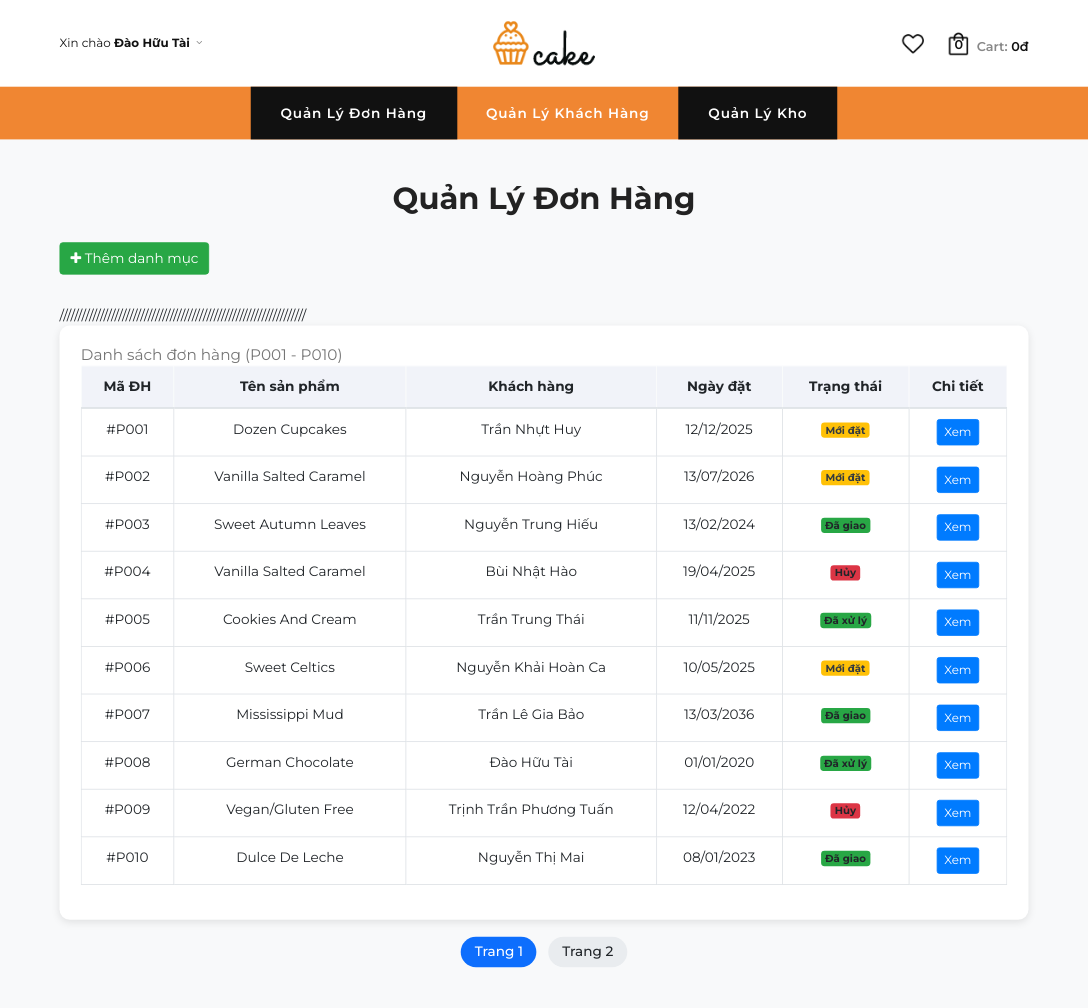
Repository: nhanto2n-byte/Nhom10ChieuThu3
Page: ProjectWeb/cake-main/admin_product.html
These files come from the project's save history. The page is drawn as it stood at one moment and after the next save; the edit follows.
The browser window is 1280 px wide. The pictures show the whole page, at 85% of full size.

Above is the page before, as saved 2025-10-28 14:11:56.

After the next save:
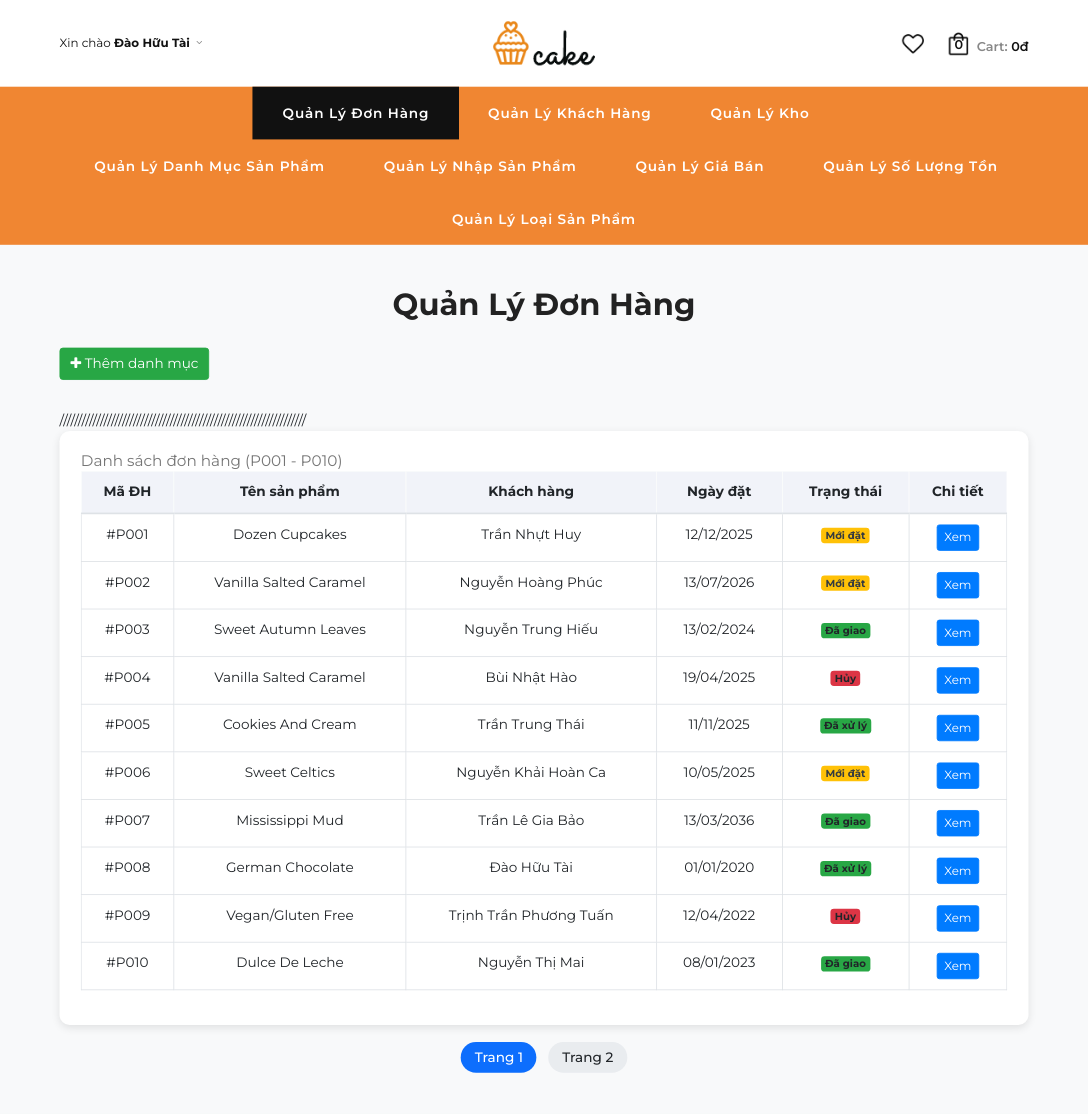
Saved 64 s later.
--- a/ProjectWeb/cake-main/admin_product.html
+++ b/ProjectWeb/cake-main/admin_product.html
@@ -235,7 +235,7 @@
                         <ul>
                            <li class="active"><a href="#">Quản Lý Đơn Hàng</a></li>
                             <li><a href="./admin_member.html">Quản Lý Khách Hàng</a></li>
-                            <li class="active"><a href="#">Quản Lý Kho</a>
+                              <li><a href="./admin_member.html">Quản Lý Kho</a></li>
                                 <ul class="dropdown">
                                     <li><a href="./admin_category.html">Quản Lý Danh Mục Sản Phẩm</a></li>
                                     <li><a href="./checkout.html">Quản Lý Nhập Sản Phẩm</a></li>

After the save that followed:
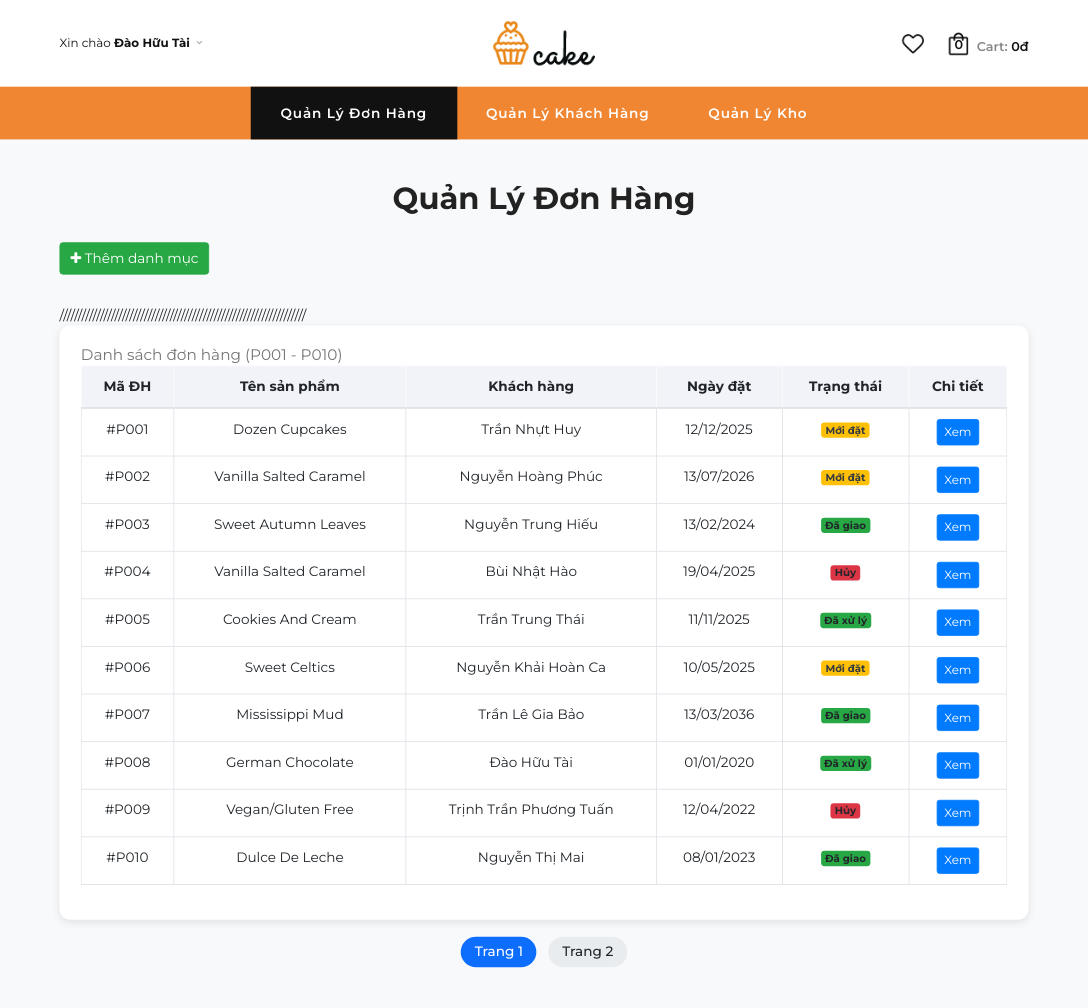
Saved 2 min 9 s later.
--- a/ProjectWeb/cake-main/admin_product.html
+++ b/ProjectWeb/cake-main/admin_product.html
@@ -233,9 +233,9 @@
                 <div class="col-lg-12">
                     <nav class="header__menu mobile-menu">
                         <ul>
-                           <li class="active"><a href="#">Quản Lý Đơn Hàng</a></li>
+                           <li class="active"><a href="./admin_product.html">Quản Lý Đơn Hàng</a></li>
                             <li><a href="./admin_member.html">Quản Lý Khách Hàng</a></li>
-                              <li><a href="./admin_member.html">Quản Lý Kho</a></li>
+                              <li><a href="#">Quản Lý Kho</a>
                                 <ul class="dropdown">
                                     <li><a href="./admin_category.html">Quản Lý Danh Mục Sản Phẩm</a></li>
                                     <li><a href="./checkout.html">Quản Lý Nhập Sản Phẩm</a></li>
